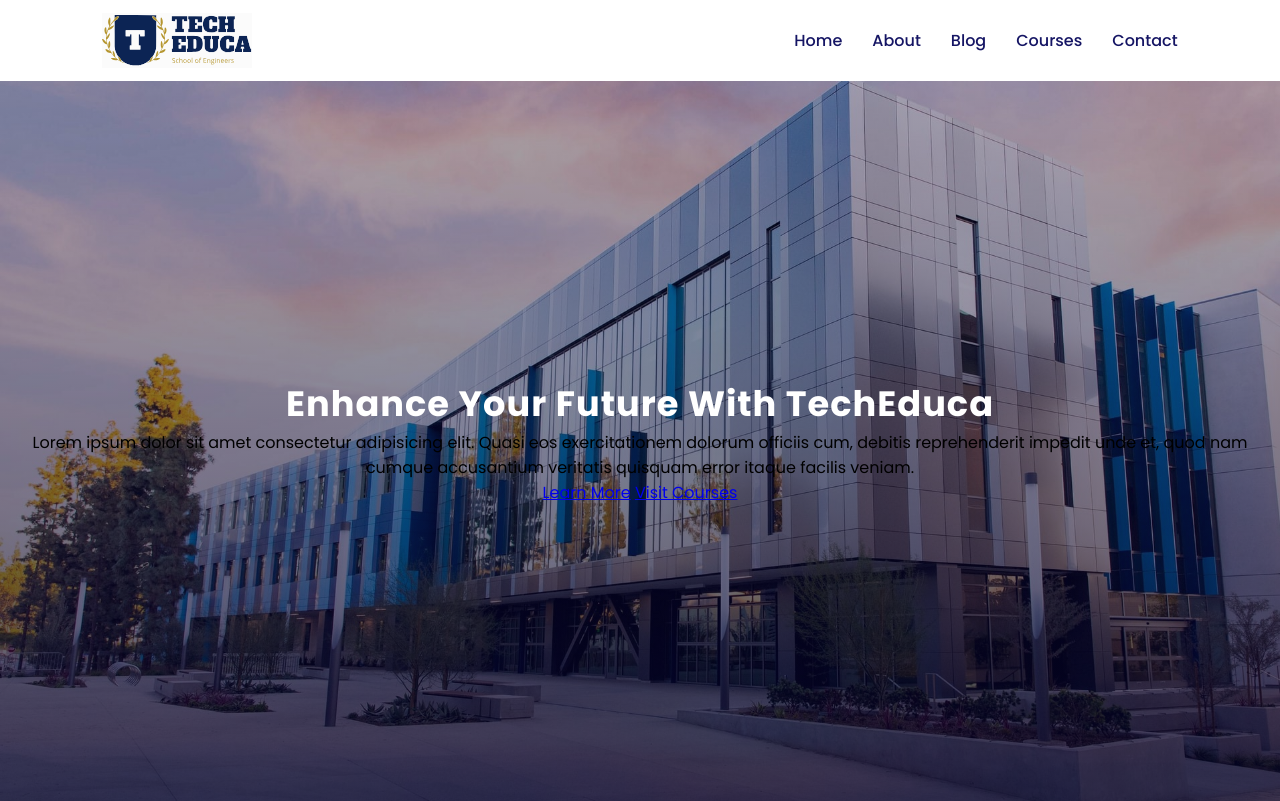
Repository: douglasabnovato/newtech
Page: index.html
An editor plug-in stored every save of this project. The page is shown before and after the next save, followed by the edit.
The browser window is 1280 px wide. The pictures show the whole page.
Some web libraries are served in a nearby version.

Above is the page before, as saved 2025-06-19 23:13:20.

After the next save:
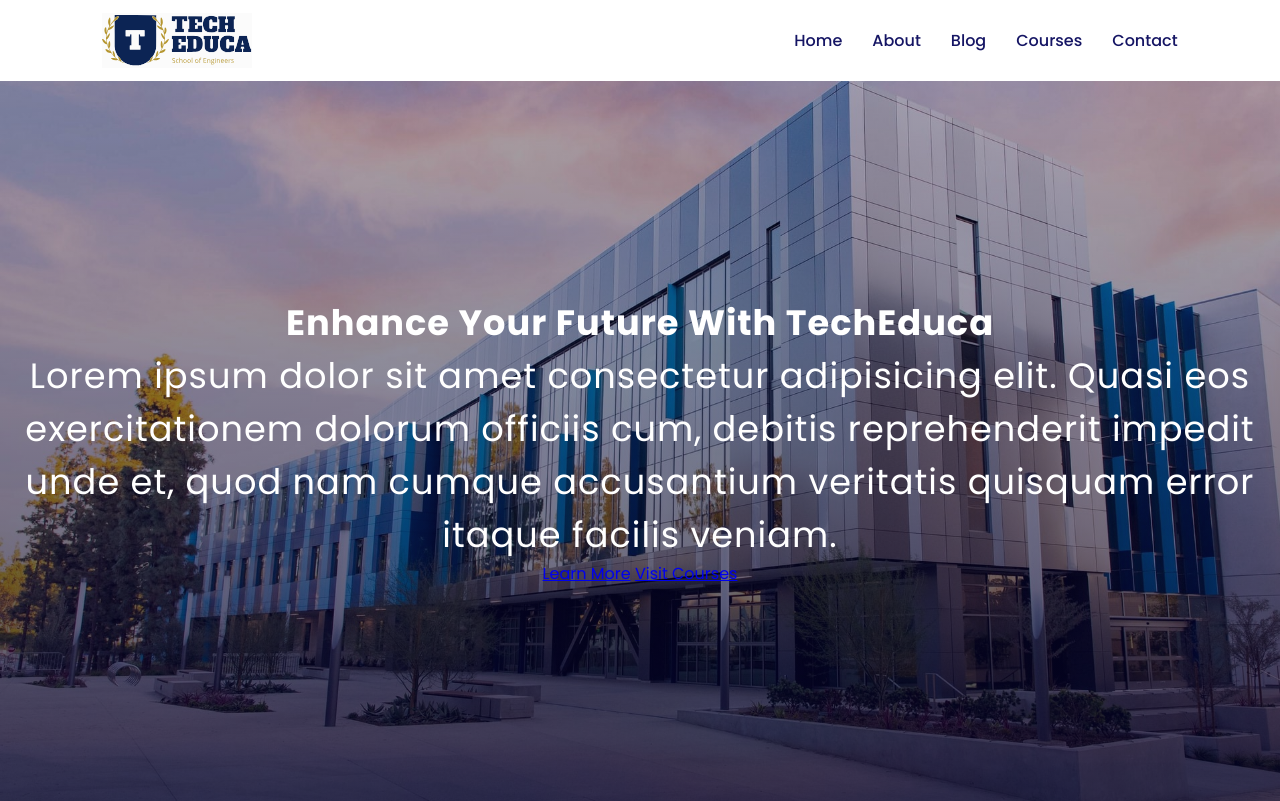
Saved 31 s later.
--- a/style.css
+++ b/style.css
@@ -88,6 +88,12 @@
   letter-spacing: 1px;
 }
 
+#home p {
+  color: #fff;
+  font-size: 2.2rem;
+  letter-spacing: 1px;
+}
+
 /* features */
 
 /* course */
